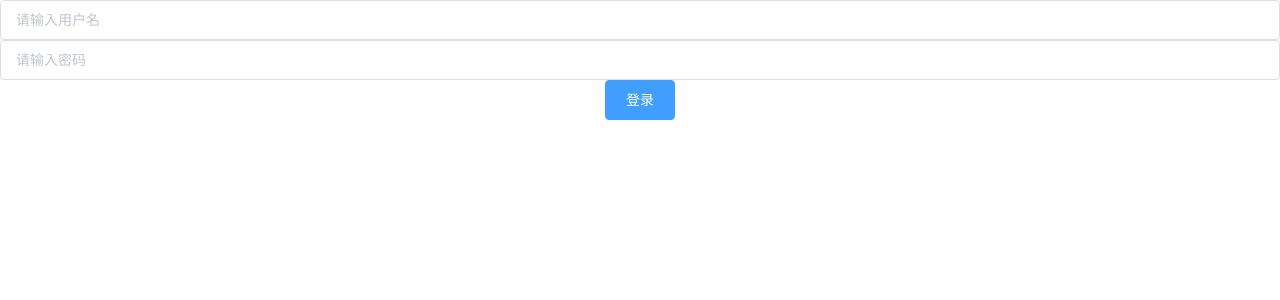
Repository: faintout/backMng
Page: /#/login (app in backmng/)
An editor plug-in stored every save of this project. The page is shown before and after the next save, followed by the edit.
The browser window is 1280 px wide. The pictures show the whole page.
The project was rebuilt for these pictures with package versions that can differ from the ones it lists, and the page was loaded fresh each time. Also part of the build but not shown: backmng/vue.config.js, backmng/src/views/headerTop.vue, backmng/src/views/layout.vue, backmng/src/views/_index.vue, backmng/src/views/addList.vue, backmng/src/views/list.vue.

Above is the page before, as saved 2020-12-30 19:29:48.

After the next save:
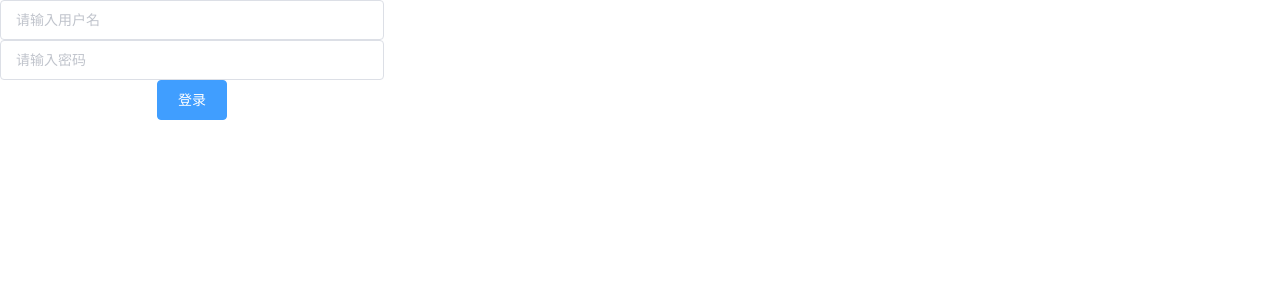
Saved 8 s later.
--- a/backmng/src/views/login.vue
+++ b/backmng/src/views/login.vue
@@ -50,7 +50,7 @@
 </script>
 <style lang="less" scoped>
 .login_contnet{
-
+    width: 30%;
 }
 .bgc{
     width: 100%;
